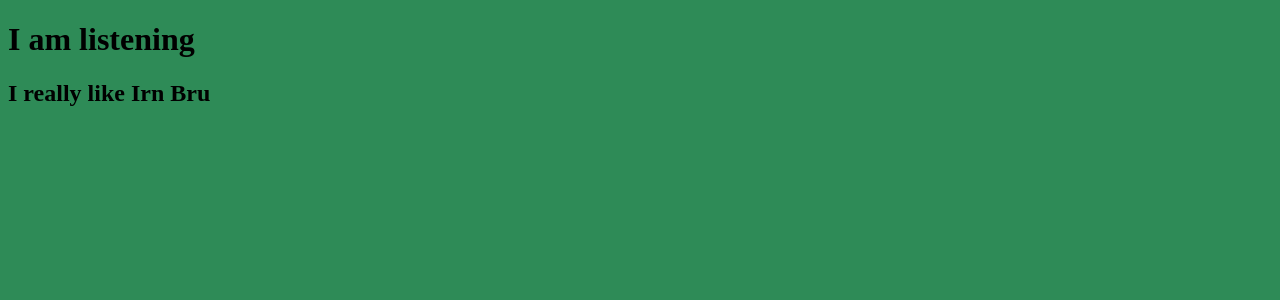
Repository: sinemgcmn/ImageBoard
Page: public/index.html
An editor plug-in stored every save of this project. The page is shown before and after the next save, followed by the edit.
The browser window is 1280 px wide. The pictures show the whole page.

Above is the page before, as saved 2021-02-25 15:23:03.

After the next save:
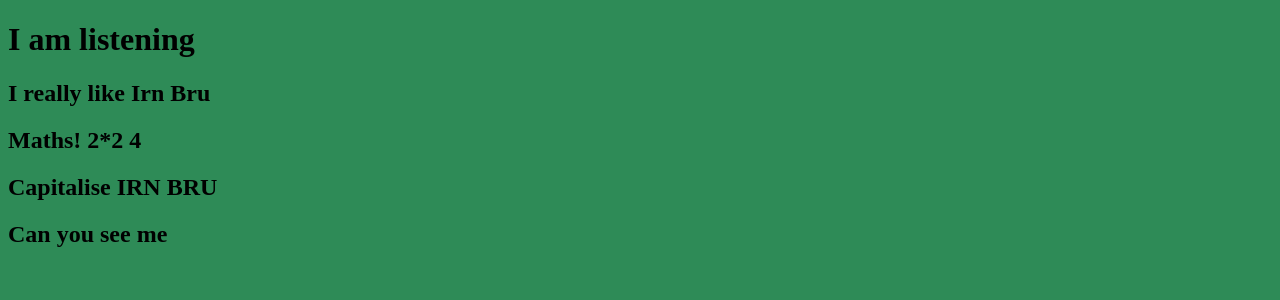
Saved 2 s later.
--- a/public/index.html
+++ b/public/index.html
@@ -8,6 +8,9 @@
     <h1>I am listening</h1>
     <div id="main">
         <h2>I really like {{name}}</h2>
+        <h2>Maths! 2*2 {{2 * 2}}</h2>
+        <h2>Capitalise {{name.toUpperCase()}}</h2>
+        <h2 v-if="seen">Can you see me</h2>
     </div>
     <script src="/js/vue.js"></script>
     <script src="/js/axios.min.js"></script>
